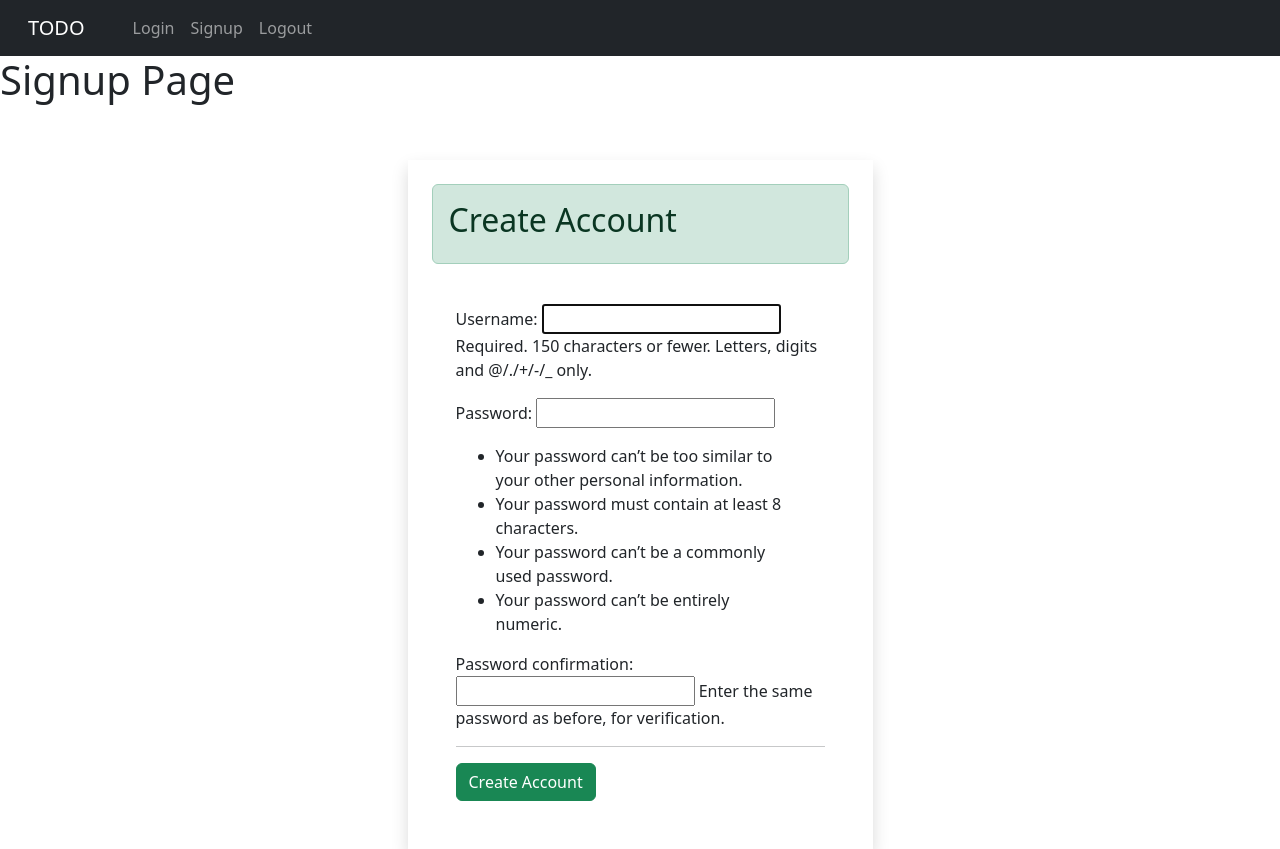
Repository: Anamikatiwari/Todo
Page: http://localhost/signup/
An editor plug-in stored every save of this project. The page is shown before and after the next save, followed by the edit.
The browser window is 1280 px wide. The pictures show the whole page.
The page is served by the project's application, run on Django 5.2 (manage.py). Other server files are loaded and not shown.

Above is the page before, as saved 2024-08-25 18:23:10.

### app/templates/signup.html
{% extends "base.html" %}

{% block content %}
<h1>Signup Page</h1>
<div class="container pt-4">
  <div class="col-lg-5 shadow p-4 mx-auto p-0 mt-4">
    <div class="alert alert-success">
      <h2>Create Account</h2>
    </div>
    <div class="p-4">
      <form method = "post" action="/signup/">
        {% csrf_token %}
        {{ form.as_p }}
        <hr>
        <input class="btn btn-success" type="submit"  value="Create Account">
      </form>
    </div>
  </div>
</div>
{% endblock content %}

### app/templates/base.html
<!DOCTYPE html>
<!--<html lang="ar" dir="rtl">-->
<html lang="en">
  <head>

    <meta charset="utf-8">
    <meta name="viewport" content="width=device-width, initial-scale=1">

    <!-- Bootstrap CSS -->
    <link rel="stylesheet" href="https://cdn.jsdelivr.net/npm/bootstrap@5.3.3/dist/css/bootstrap.rtl.min.css" integrity="sha384-dpuaG1suU0eT09tx5plTaGMLBsfDLzUCCUXOY2j/LSvXYuG6Bqs43ALlhIqAJVRb" crossorigin="anonymous">

    <title>Hello World</title>
  </head>
  <body>

<!--navbar start-->
<nav class="navbar navbar-expand-lg  navbar-dark bg-dark">
    <div class="container-fluid">
      <a class="navbar-brand" href="/">TODO</a>
      <button class="navbar-toggler" type="button" data-bs-toggle="collapse" data-bs-target="#navbarNav" aria-controls="navbarNav" aria-expanded="false" aria-label="Toggle navigation">
        <span class="navbar-toggler-icon"></span>
      </button>
      <div class="collapse navbar-collapse" id="navbarNav">
        <ul class="navbar-nav ml-auto">

          <li class="nav-item">
            <a class="nav-link" href="/login">Login</a>
          </li>

          <li class="nav-item">
            <a class="nav-link" href="/signup">Signup</a>
          </li>

          <li class="nav-item">
            <a class="nav-link" href="/logout">Logout</a>
          </li>

        </ul>
      </div>
    </div>
  </nav>
  <!--Changing Content-->
  <div>
    {% block content %}

    {% endblock content %}
  </div>

  <!--end-->

  <script src="https://cdn.jsdelivr.net/npm/bootstrap@5.3.3/dist/js/bootstrap.bundle.min.js" integrity="sha384-YvpcrYf0tY3lHB60NNkmXc5s9fDVZLESaAA55NDzOxhy9GkcIdslK1eN7N6jIeHz" crossorigin="anonymous"></script>

</body>
</html>

### app/views.py
from django.shortcuts import render, redirect
from django.http import HttpResponse
from django.contrib.auth import authenticate, login as loginUser
from django.contrib.auth.forms import UserCreationForm, AuthenticationForm


# Create your views here.

def home(request):
    return render(request, 'index.html')

def login(request):
    if request.method == 'GET':
        form = AuthenticationForm()
        context = {
            'form': form
        }
        return render(request, 'login.html', context=context)
    else:
        form = AuthenticationForm(data=request.POST)
        if form.is_valid():
            username = form.cleaned_data.get('username')
            password = form.cleaned_data.get('password')
            user = authenticate(username=username, password=password)
            if user is not None:
                loginUser(request, user)
                return redirect('home')
        else:
            context = {
            'form': form
            }
            return render(request, 'login.html', context=context)




def signup(request):

    if request.method == 'GET':
        form = UserCreationForm()
        context = {
            'form': form
        }
        return render(request, 'signup.html', context=context)
    else:
        print(request.POST)
        form = UserCreationForm(request.POST)
        context = {
            'form': form
        }
        if form.is_valid():
            user = form.save()
            print('User created:', user)
            if user is not None:
                return redirect('login')
        else:
            print('Form is not valid')
            return render(request, 'signup.html', context=context)

### todo/urls.py
"""
URL configuration for todo project.

The `urlpatterns` list routes URLs to views. For more information please see:
    https://docs.djangoproject.com/en/5.1/topics/http/urls/
Examples:
Function views
    1. Add an import:  from my_app import views
    2. Add a URL to urlpatterns:  path('', views.home, name='home')
Class-based views
    1. Add an import:  from other_app.views import Home
    2. Add a URL to urlpatterns:  path('', Home.as_view(), name='home')
Including another URLconf
    1. Import the include() function: from django.urls import include, path
    2. Add a URL to urlpatterns:  path('blog/', include('blog.urls'))
"""
from django.contrib import admin
from django.urls import path, include

urlpatterns = [
    path('admin/', admin.site.urls),
    path('', include('app.urls'))
]

### app/urls.py
from django.contrib import admin
from django.urls import path, include
from app.views import home, login, signup


urlpatterns = [
    path('', home, name='home'),
    path('login/', login, name='login'),
    path('signup/', signup, name='signup')
]

After the next save:
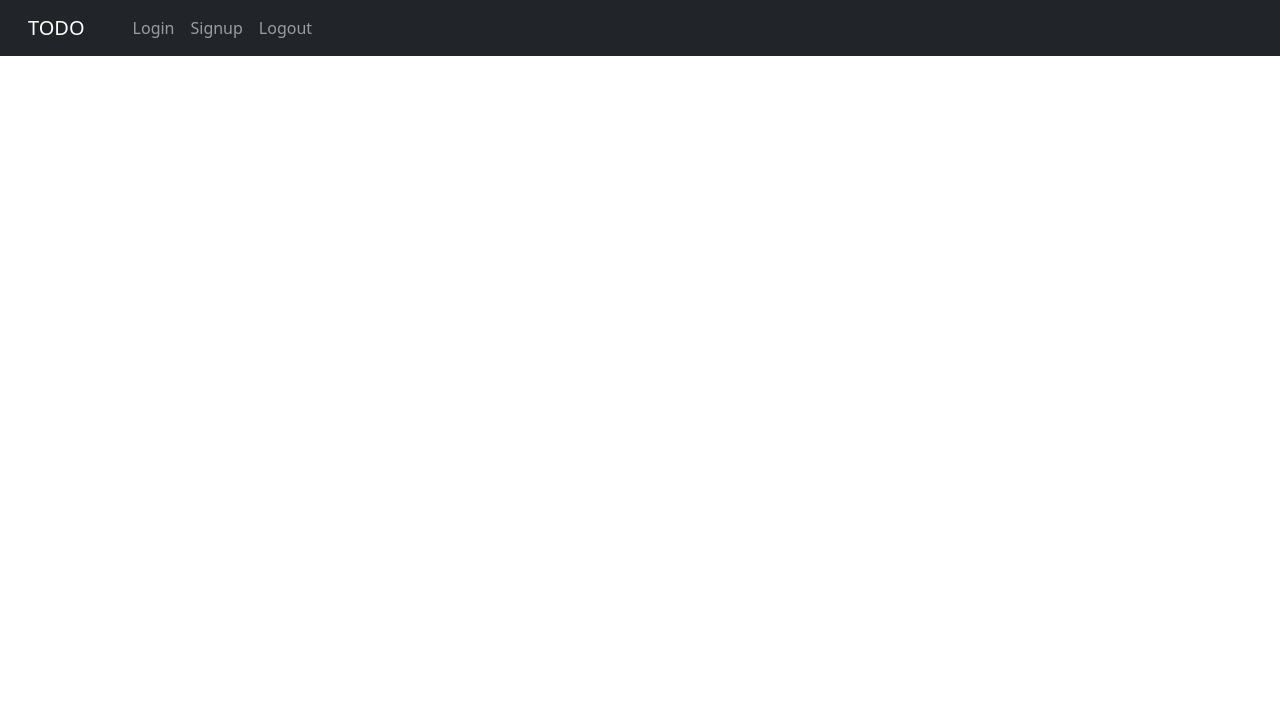
Saved 49 s later.
--- a/app/templates/signup.html
+++ b/app/templates/signup.html
@@ -1,20 +1,5 @@
 {% extends "base.html" %}
 
 {% block content %}
-<h1>Signup Page</h1>
-<div class="container pt-4">
-  <div class="col-lg-5 shadow p-4 mx-auto p-0 mt-4">
-    <div class="alert alert-success">
-      <h2>Create Account</h2>
-    </div>
-    <div class="p-4">
-      <form method = "post" action="/signup/">
-        {% csrf_token %}
-        {{ form.as_p }}
-        <hr>
-        <input class="btn btn-success" type="submit"  value="Create Account">
-      </form>
-    </div>
-  </div>
-</div>
+
 {% endblock content %}
